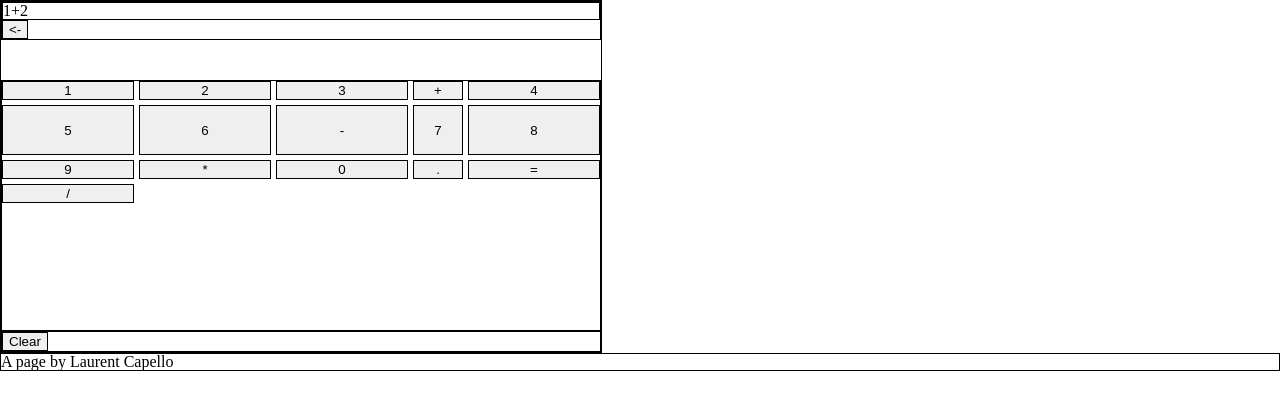
Repository: sokafootball/js-calculator
Page: index.html
An editor plug-in stored every save of this project. The page is shown before and after a run of saves, followed by the edit.
The browser window is 1280 px wide. The pictures show the whole page.

Above is the page before, as saved 2020-04-25 11:33:40.

After the next 3 saves:
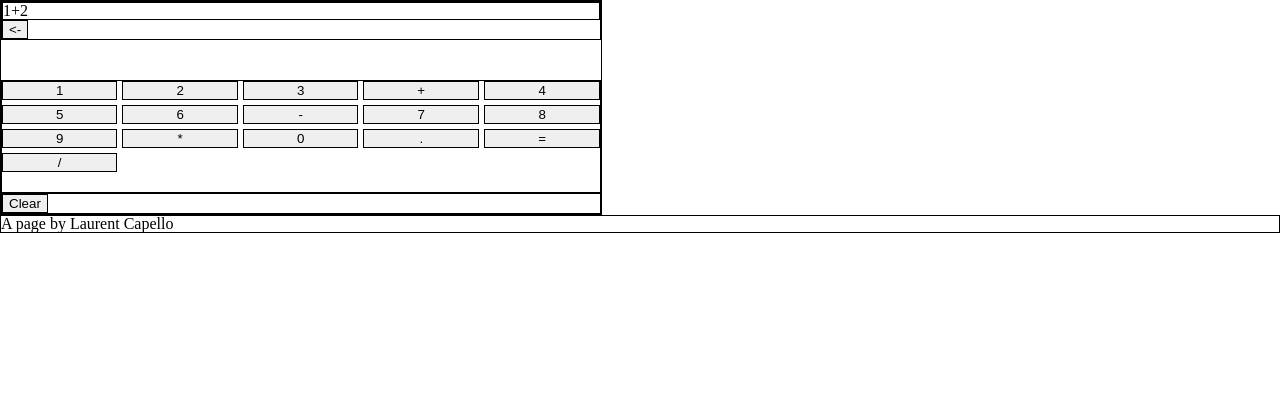
The 3 saves are shown as one change because they came seconds apart.
The last was saved 26 s later.
--- a/style.css
+++ b/style.css
@@ -26,6 +26,6 @@
     "numpad numpad numpad . operators"
     ". . . . ."
     ". . clear . .";
-  grid-template-columns: repeat(3, 1fr) 50px 1fr;
+  grid-template-columns: repeat(4, 1fr)
   grid-template-rows: 1fr 50px repeat(4, 1fr) 50px 1fr;
 }
